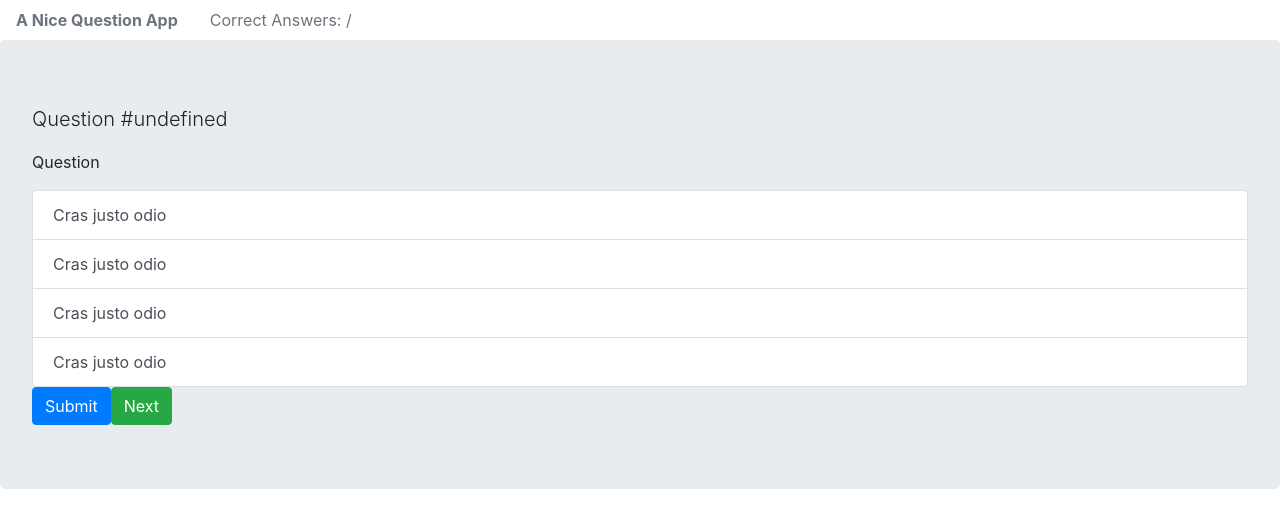
Repository: giovanicascaes/vue-quiz-app
Page: /
An editor plug-in stored every save of this project. The page is shown before and after the next save, followed by the edit.
The browser window is 1280 px wide. The pictures show the whole page.
The project was rebuilt for these pictures with package versions that can differ from the ones it lists, and the page was loaded fresh each time. Also part of the build but not shown: vue.config.js.

Above is the page before, as saved 2019-04-12 22:15:15.

### public/index.html
<!DOCTYPE html>
<html lang="en">
  <head>
    <meta charset="utf-8">
    <meta http-equiv="X-UA-Compatible" content="IE=edge">
    <meta name="viewport" content="width=device-width,initial-scale=1.0">
    <link rel="icon" href="<%= BASE_URL %>favicon.ico">
    <title>vue-note-app</title>
  </head>
  <body>
    <noscript>
      <strong>We're sorry but vue-note-app doesn't work properly without JavaScript enabled. Please enable it to continue.</strong>
    </noscript>
    <div id="app"></div>
    <!-- built files will be auto injected -->
  </body>
</html>

### src/main.js
import Vue from 'vue';
import BootstrapVue from 'bootstrap-vue';

import 'bootstrap/dist/css/bootstrap.css';
import 'bootstrap-vue/dist/bootstrap-vue.css';

import App from './App.vue';

Vue.config.productionTip = false;

Vue.use(BootstrapVue);

new Vue({
  render: h => h(App),
}).$mount('#app');

### src/App.vue
<template>
  <div id="app">
    <Header/>
    <Questions/>
  </div>
</template>

<script>
import Header from "./components/Header";
import Questions from "./components/Questions";

export default {
  name: "app",
  components: {
    Header,
    Questions
  }
};
</script>

<style>
</style>

### src/components/Header.vue
<template>
  <b-nav>
    <b-nav-item disabled>
      <b>A Nice Question App</b>
    </b-nav-item>
    <b-nav-item disabled>Correct Answers: {{correctAnswers}}/{{totalAnswers}}</b-nav-item>
  </b-nav>
</template>

<script>
export default {
  props: ["totalAnswers", "correctAnswers"]
};
</script>

### src/components/Questions.vue
<template>
  <b-jumbotron :lead="'Question #' + currentQuestionNumber">
    <p>Question</p>
    <b-list-group>
      <b-list-group-item button>Cras justo odio</b-list-group-item>
      <b-list-group-item button>Cras justo odio</b-list-group-item>
      <b-list-group-item button>Cras justo odio</b-list-group-item>
      <b-list-group-item button>Cras justo odio</b-list-group-item>
    </b-list-group>
    <b-button variant="primary" href="#">Submit</b-button>
    <b-button variant="success" href="#">Next</b-button>
  </b-jumbotron>
</template>

<script>
export default {
  props: ["currentQuestionNumber"]
};
</script>

After the next save:
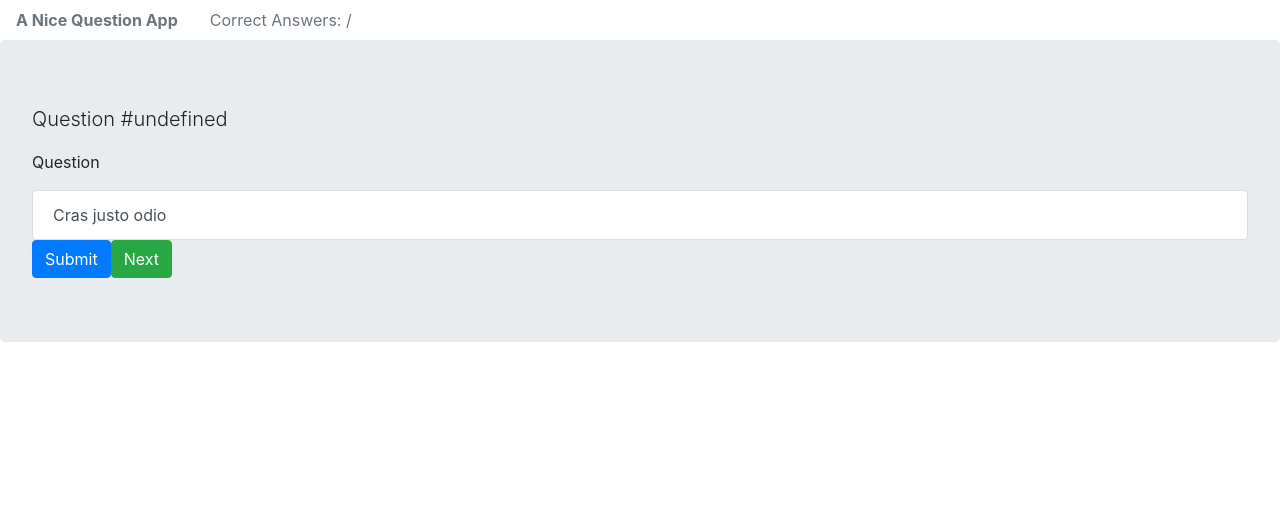
Saved 60 s later.
--- a/src/components/Questions.vue
+++ b/src/components/Questions.vue
@@ -2,9 +2,6 @@
   <b-jumbotron :lead="'Question #' + currentQuestionNumber">
     <p>Question</p>
     <b-list-group>
-      <b-list-group-item button>Cras justo odio</b-list-group-item>
-      <b-list-group-item button>Cras justo odio</b-list-group-item>
-      <b-list-group-item button>Cras justo odio</b-list-group-item>
       <b-list-group-item button>Cras justo odio</b-list-group-item>
     </b-list-group>
     <b-button variant="primary" href="#">Submit</b-button>
